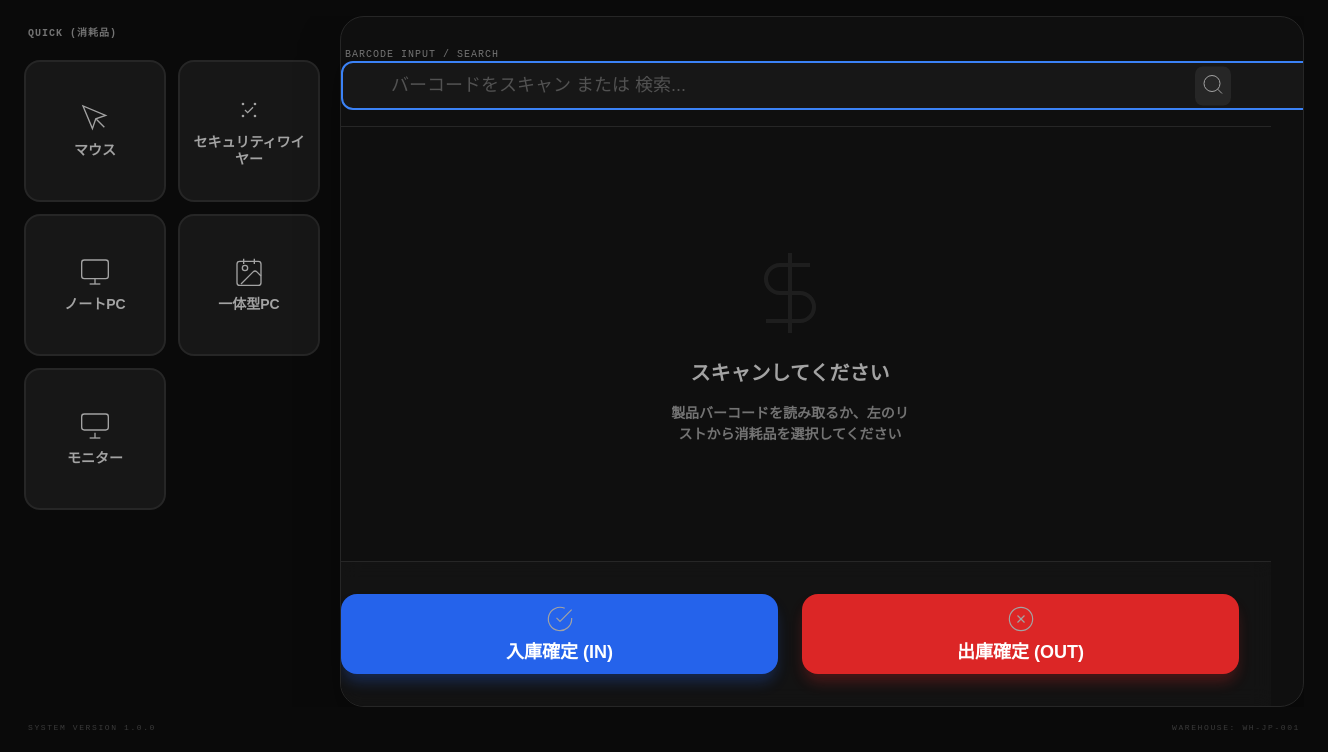
Repository: t-morika/Souko2_app
Page: index.html
These files come from the project's save history. The page is drawn as it stood at one moment and after the next save; the edit follows.
The browser window is 1280 px wide. The page is 1328 px wide, so the pictures cover 1328 px, including what lies to the right of the window. The pictures show the whole page.
The page's requests for data from a server got no answer.

Above is the page before, as saved 2026-04-29 11:37:52.

### index.html
<!DOCTYPE html>
<html lang="ja">
<head>
    <meta charset="UTF-8">
    <meta name="viewport" content="width=device-width, initial-scale=1.0">
    <title>PC機器在庫管理</title>
    <link rel="stylesheet" href="/static/style.css">
</head>
<body>
    <div class="app">
        <main class="main">
            <!-- Quick Selection Section -->
            <section class="quick-section">
                <h2 class="section-title">Quick (消耗品)</h2>
                <div class="quick-grid">
                    <button class="quick-btn" data-product-id="1">
                        <svg class="icon" viewBox="0 0 24 24" fill="none" stroke="currentColor">
                            <path d="M3 3l7.07 16.97 2.51-7.39 7.39-2.51L3 3z"></path>
                            <path d="M13 13l6 6"></path>
                        </svg>
                        <span>マウス</span>
                    </button>
                    <button class="quick-btn" data-product-id="2">
                        <svg class="icon" viewBox="0 0 24 24" fill="none" stroke="currentColor">
                            <path d="M9 12l2 2 4-4"></path>
                            <circle cx="7.5" cy="7.5" r=".5"></circle>
                            <circle cx="16.5" cy="7.5" r=".5"></circle>
                            <circle cx="7.5" cy="16.5" r=".5"></circle>
                            <circle cx="16.5" cy="16.5" r=".5"></circle>
                        </svg>
                        <span>セキュリティワイヤー</span>
                    </button>
                    <button class="quick-btn" data-product-id="3">
                        <svg class="icon" viewBox="0 0 24 24" fill="none" stroke="currentColor">
                            <rect width="20" height="14" x="2" y="3" rx="2"></rect>
                            <line x1="8" x2="16" y1="21" y2="21"></line>
                            <line x1="12" x2="12" y1="17" y2="21"></line>
                        </svg>
                        <span>ノートPC</span>
                    </button>
                    <button class="quick-btn" data-product-id="4">
                        <svg class="icon" viewBox="0 0 24 24" fill="none" stroke="currentColor">
                            <rect width="18" height="18" x="3" y="4" rx="2" ry="2"></rect>
                            <line x1="16" x2="16" y1="2" y2="6"></line>
                            <line x1="8" x2="8" y1="2" y2="6"></line>
                            <circle cx="9" cy="9" r="2"></circle>
                            <path d="m21 15-3.086-3.086a2 2 0 0 0-2.828 0L6 21"></path>
                        </svg>
                        <span>一体型PC</span>
                    </button>
                    <button class="quick-btn" data-product-id="5">
                        <svg class="icon" viewBox="0 0 24 24" fill="none" stroke="currentColor">
                            <rect width="20" height="12" x="2" y="3" rx="2"></rect>
                            <line x1="8" x2="16" y1="21" y2="21"></line>
                            <line x1="12" x2="12" y1="17" y2="21"></line>
                        </svg>
                        <span>モニター</span>
                    </button>
                </div>
            </section>

            <!-- Info & Quantity Section -->
            <section class="product-section" id="product-section">
                <div class="barcode-input-container product-panel-barcode">
                    <label class="input-label">Barcode Input / Search</label>
                    <div class="input-group">
                        <input
                            type="text"
                            id="barcode"
                            placeholder="バーコードをスキャン または 検索..."
                            class="barcode-input"
                        />
                        <button id="search-barcode" class="search-btn">
                            <svg class="icon" viewBox="0 0 24 24" fill="none" stroke="currentColor">
                                <circle cx="11" cy="11" r="8"></circle>
                                <path d="m21 21-4.35-4.35"></path>
                            </svg>
                        </button>
                    </div>
                </div>
                <div class="product-detail" id="product-detail">
                    <div class="product-header">
                        <div class="product-info">
                            <span class="category-label" id="category-label">カテゴリ</span>
                            <h1 class="product-name" id="product-name">製品を選択してください</h1>
                        </div>
                        <button id="clear-product" class="clear-btn">
                            <svg class="icon" viewBox="0 0 24 24" fill="none" stroke="currentColor">
                                <path d="M3 6h18"></path>
                                <path d="M19 6v14c0 1-1 2-2 2H7c-1 0-2-1-2-2V6"></path>
                                <path d="M8 6V4c0-1 1-2 2-2h4c1 0 2 1 2 2v2"></path>
                            </svg>
                        </button>
                    </div>

                    <div class="product-tags" id="product-tags">
                        <!-- Tags will be populated here -->
                    </div>

                    <!-- Quantity Adjustment -->
                    <div class="quantity-adjust">
                        <span class="section-label">Adjust Quantity</span>
                        <div class="quantity-controls">
                            <button id="quantity-minus" class="quantity-btn">
                                <svg class="icon" viewBox="0 0 24 24" fill="none" stroke="currentColor">
                                    <path d="M5 12h14"></path>
                                </svg>
                            </button>
                            <input type="number" id="quantity" min="1" value="1" class="quantity-input">
                            <button id="quantity-plus" class="quantity-btn">
                                <svg class="icon" viewBox="0 0 24 24" fill="none" stroke="currentColor">
                                    <path d="M12 5v14"></path>
                                    <path d="M5 12h14"></path>
                                </svg>
                            </button>
                        </div>
                    </div>
                </div>

                <!-- Execution Section -->
                <div class="execution-section">
                    <button id="stock-in" class="action-btn in-btn">
                        <svg class="icon" viewBox="0 0 24 24" fill="none" stroke="currentColor">
                            <path d="M22 11.08V12a10 10 0 1 1-5.93-9.14"></path>
                            <polyline points="22,4 12,14.01 9,11.01"></polyline>
                        </svg>
                        <span>入庫確定 (IN)</span>
                    </button>
                    <button id="stock-out" class="action-btn out-btn">
                        <svg class="icon" viewBox="0 0 24 24" fill="none" stroke="currentColor">
                            <circle cx="12" cy="12" r="10"></circle>
                            <path d="m15 9-6 6"></path>
                            <path d="m9 9 6 6"></path>
                        </svg>
                        <span>出庫確定 (OUT)</span>
                    </button>
                </div>
            </section>
        </main>

        <!-- Notifications -->
        <div class="notifications" id="notifications"></div>

        <!-- Footer -->
        <footer class="footer">
            <span>System Version 1.0.0</span>
            <span>Warehouse: WH-JP-001</span>
        </footer>
    </div>
    <script src="/static/script.js"></script>
</body>
</html>

### script.js
document.addEventListener('DOMContentLoaded', function() {
    const barcodeInput = document.getElementById('barcode');
    const searchBarcodeBtn = document.getElementById('search-barcode');
    const quickBtns = document.querySelectorAll('.quick-btn');
    const clearBtn = document.getElementById('clear-product');
    const quantityMinusBtn = document.getElementById('quantity-minus');
    const quantityPlusBtn = document.getElementById('quantity-plus');
    const quantityInput = document.getElementById('quantity');
    const stockInBtn = document.getElementById('stock-in');
    const stockOutBtn = document.getElementById('stock-out');
    const productDetail = document.getElementById('product-detail');
    const productSection = document.getElementById('product-section');
    const notifications = document.getElementById('notifications');

    let products = [];
    let currentProduct = null;
    let notificationsList = [];

    // Load products
    loadProducts();

    // Event listeners
    searchBarcodeBtn.addEventListener('click', searchByBarcode);
    barcodeInput.addEventListener('keypress', function(e) {
        if (e.key === 'Enter') {
            searchByBarcode();
        }
    });

    quickBtns.forEach(btn => {
        btn.addEventListener('click', () => {
            const productId = parseInt(btn.dataset.productId);
            selectProduct(productId);
        });
    });

    clearBtn.addEventListener('click', clearProduct);
    quantityMinusBtn.addEventListener('click', () => adjustQuantity(-1));
    quantityPlusBtn.addEventListener('click', () => adjustQuantity(1));
    quantityInput.addEventListener('change', (e) => {
        const val = parseInt(e.target.value);
        if (val < 1) e.target.value = 1;
    });

    stockInBtn.addEventListener('click', () => updateStock('in'));
    stockOutBtn.addEventListener('click', () => updateStock('out'));

    // Focus barcode input on load
    barcodeInput.focus();

    function loadProducts() {
        fetch('/api/products')
            .then(response => response.json())
            .then(data => {
                products = data;
                // Map quick buttons to products (assuming first 5 products)
                quickBtns.forEach((btn, index) => {
                    if (products[index]) {
                        btn.dataset.productId = products[index].id;
                    }
                });
            })
            .catch(error => console.error('Error loading products:', error));
    }

    function searchByBarcode() {
        const barcode = barcodeInput.value.trim();
        if (!barcode) return;

        fetch('/api/barcode/search', {
            method: 'POST',
            headers: { 'Content-Type': 'application/json' },
            body: JSON.stringify({ barcode })
        })
        .then(response => response.json())
        .then(product => {
            selectProduct(product.id);
            barcodeInput.value = '';
        })
        .catch(error => {
            showNotification('製品が見つかりません', 'out');
            console.error('Error searching by barcode:', error);
        });
    }

    function selectProduct(productId) {
        const product = products.find(p => p.id === productId);
        if (!product) return;

        currentProduct = product;

        // Update UI
        productDetail.innerHTML = `
            <div class="product-header">
                <div class="product-info">
                    <span class="category-label">${product.category}</span>
                    <h1 class="product-name">${product.name}</h1>
                </div>
                <button id="clear-product" class="clear-btn">
                    <svg class="icon" viewBox="0 0 24 24" fill="none" stroke="currentColor">
                        <path d="M3 6h18"></path>
                        <path d="M19 6v14c0 1-1 2-2 2H7c-1 0-2-1-2-2V6"></path>
                        <path d="M8 6V4c0-1 1-2 2-2h4c1 0 2 1 2 2v2"></path>
                    </svg>
                </button>
            </div>

            <div class="product-tags">
                <span class="tag maker">Maker: ${product.manufacturer}</span>
                <span class="tag id">ID: ${product.id}</span>
            </div>

            <div class="quantity-adjust">
                <span class="section-label">Adjust Quantity</span>
                <div class="quantity-controls">
                    <button id="quantity-minus" class="quantity-btn">
                        <svg class="icon" viewBox="0 0 24 24" fill="none" stroke="currentColor">
                            <path d="M5 12h14"></path>
                        </svg>
                    </button>
                    <input type="number" id="quantity" min="1" value="1" class="quantity-input">
                    <button id="quantity-plus" class="quantity-btn">
                        <svg class="icon" viewBox="0 0 24 24" fill="none" stroke="currentColor">
                            <path d="M12 5v14"></path>
                            <path d="M5 12h14"></path>
                        </svg>
                    </button>
                </div>
            </div>
        `;

        // Re-attach event listeners
        document.getElementById('clear-product').addEventListener('click', clearProduct);
        document.getElementById('quantity-minus').addEventListener('click', () => adjustQuantity(-1));
        document.getElementById('quantity-plus').addEventListener('click', () => adjustQuantity(1));
        document.getElementById('quantity').addEventListener('change', (e) => {
            const val = parseInt(e.target.value);
            if (val < 1) e.target.value = 1;
        });

        // Update quick button active state
        quickBtns.forEach(btn => {
            btn.classList.toggle('active', parseInt(btn.dataset.productId) === productId);
        });
    }

    function clearProduct() {
        currentProduct = null;
        quantityInput.value = 1;

        quickBtns.forEach(btn => btn.classList.remove('active'));

        // Show placeholder
        showPlaceholder();
    }

    function showPlaceholder() {
        productDetail.innerHTML = `
            <div class="placeholder">
                <svg class="icon" viewBox="0 0 24 24" fill="none" stroke="currentColor">
                    <path d="M12 2v20M17 5H9.5a3.5 3.5 0 0 0 0 7h5a3.5 3.5 0 0 1 0 7H6"></path>
                </svg>
                <p>スキャンしてください</p>
                <p class="description">製品バーコードを読み取るか、左のリストから消耗品を選択してください</p>
            </div>
        `;
    }

    function adjustQuantity(delta) {
        const current = parseInt(quantityInput.value);
        const newVal = Math.max(1, current + delta);
        quantityInput.value = newVal;
    }

    function updateStock(action) {
        if (!currentProduct) {
            showNotification('製品を選択してください', 'out');
            return;
        }

        const quantity = parseInt(quantityInput.value);

        fetch('/api/inventory/update', {
            method: 'POST',
            headers: { 'Content-Type': 'application/json' },
            body: JSON.stringify({ product_id: currentProduct.id, action, quantity })
        })
        .then(response => response.json())
        .then(data => {
            if (data.message) {
                const actionStr = action === 'in' ? '入庫' : '出庫';
                showNotification(`${currentProduct.name} を ${quantity}個、${actionStr}しました。`, action);
                clearProduct();
                barcodeInput.focus();
            } else {
                showNotification(data.error, 'out');
            }
        })
        .catch(error => console.error('Error updating stock:', error));
    }

    function showNotification(message, type) {
        const id = Date.now();
        const notification = document.createElement('div');
        notification.className = `notification ${type}`;
        notification.innerHTML = `
            <div class="notification-icon">
                <svg class="icon" viewBox="0 0 24 24" fill="none" stroke="currentColor">
                    ${type === 'in' ? '<path d="M22 11.08V12a10 10 0 1 1-5.93-9.14"></path><polyline points="22,4 12,14.01 9,11.01"></polyline>' : '<circle cx="12" cy="12" r="10"></circle><path d="m15 9-6 6"></path><path d="m9 9 6 6"></path>'}
                </svg>
            </div>
            <span class="notification-message">${message}</span>
        `;

        notifications.appendChild(notification);

        // Animate in
        setTimeout(() => notification.style.transform = 'translateX(0)', 10);

        // Auto remove
        setTimeout(() => {
            notification.style.transform = 'translateX(200px)';
            notification.style.opacity = '0';
            setTimeout(() => notification.remove(), 300);
        }, 5000);
    }

    // Initialize placeholder
    showPlaceholder();
});

Loaded but not shown: style.css (527 lines, source omitted)

After the next save:
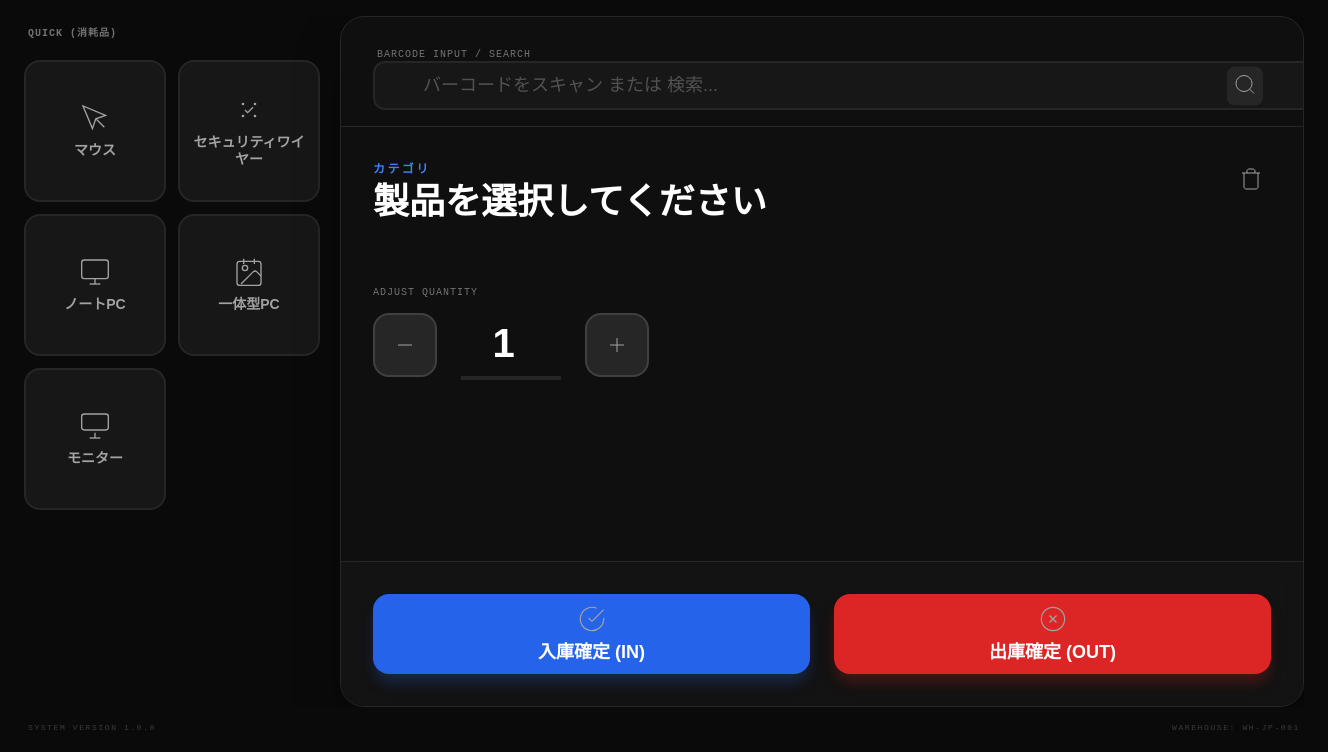
Console error: ReferenceError: quantityInput is not defined
Saved 100 min 7 s later.
--- a/script.js
+++ b/script.js
@@ -5,12 +5,15 @@
     const clearBtn = document.getElementById('clear-product');
     const quantityMinusBtn = document.getElementById('quantity-minus');
     const quantityPlusBtn = document.getElementById('quantity-plus');
-    const quantityInput = document.getElementById('quantity');
     const stockInBtn = document.getElementById('stock-in');
     const stockOutBtn = document.getElementById('stock-out');
     const productDetail = document.getElementById('product-detail');
     const productSection = document.getElementById('product-section');
     const notifications = document.getElementById('notifications');
+
+    function getQuantityInput() {
+        return document.getElementById('quantity');
+    }
 
     let products = [];
     let currentProduct = null;

After the save that followed:
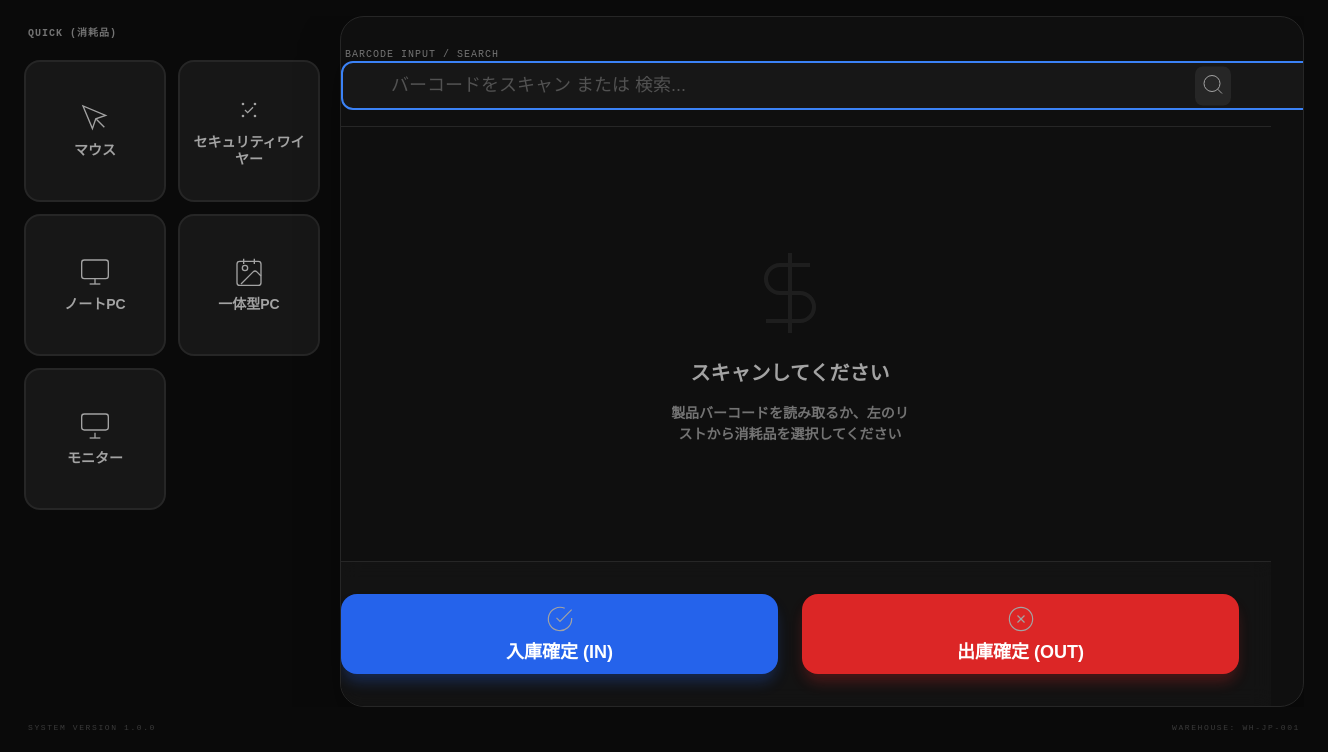
The error is gone.
Saved 17 s later.
--- a/script.js
+++ b/script.js
@@ -38,12 +38,15 @@
     });
 
     clearBtn.addEventListener('click', clearProduct);
-    quantityMinusBtn.addEventListener('click', () => adjustQuantity(-1));
-    quantityPlusBtn.addEventListener('click', () => adjustQuantity(1));
-    quantityInput.addEventListener('change', (e) => {
-        const val = parseInt(e.target.value);
-        if (val < 1) e.target.value = 1;
-    });
+    if (quantityMinusBtn) quantityMinusBtn.addEventListener('click', () => adjustQuantity(-1));
+    if (quantityPlusBtn) quantityPlusBtn.addEventListener('click', () => adjustQuantity(1));
+    const initialQuantityInput = getQuantityInput();
+    if (initialQuantityInput) {
+        initialQuantityInput.addEventListener('change', (e) => {
+            const val = parseInt(e.target.value);
+            if (val < 1) e.target.value = 1;
+        });
+    }
 
     stockInBtn.addEventListener('click', () => updateStock('in'));
     stockOutBtn.addEventListener('click', () => updateStock('out'));
@@ -170,9 +173,11 @@
     }
 
     function adjustQuantity(delta) {
-        const current = parseInt(quantityInput.value);
+        const quantityElement = getQuantityInput();
+        if (!quantityElement) return;
+        const current = parseInt(quantityElement.value) || 1;
         const newVal = Math.max(1, current + delta);
-        quantityInput.value = newVal;
+        quantityElement.value = newVal;
     }
 
     function updateStock(action) {
@@ -181,7 +186,12 @@
             return;
         }
 
-        const quantity = parseInt(quantityInput.value);
+        const quantityElement = getQuantityInput();
+        if (!quantityElement) {
+            showNotification('数量入力が見つかりません', 'out');
+            return;
+        }
+        const quantity = Math.max(1, parseInt(quantityElement.value) || 1);
 
         fetch('/api/inventory/update', {
             method: 'POST',
